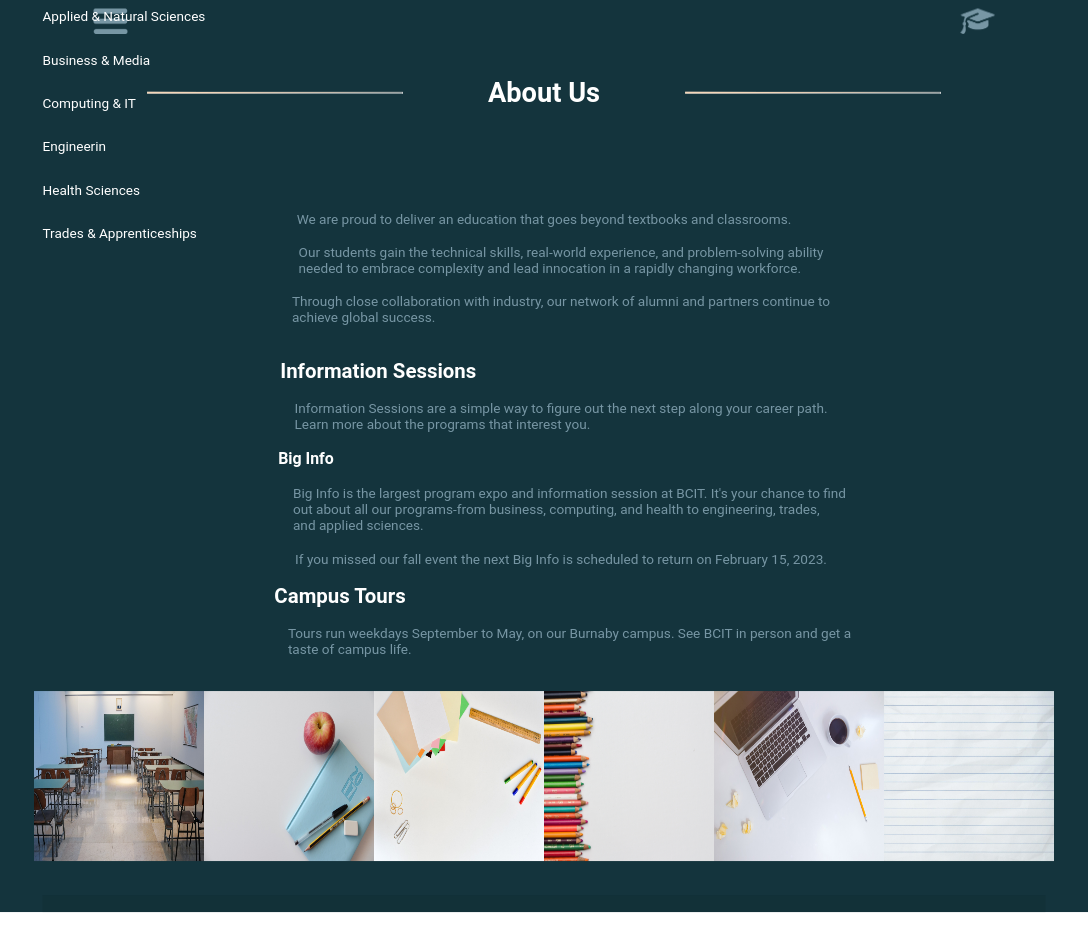
Repository: Sheraliramzan/Aly_A01253508_Assignment1
Page: /about
An editor plug-in stored every save of this project. The page is shown before and after the next save, followed by the edit.
The browser window is 1280 px wide. The pictures show the whole page, at 85% of full size.
The project was rebuilt for these pictures with package versions that can differ from the ones it lists, and the page was loaded fresh each time. The framework's server and built-in components were replaced by stand-ins that run in the browser. Also part of the build but not shown: next.config.js.

Above is the page before, as saved 2023-02-05 10:04:10.

After the next save:
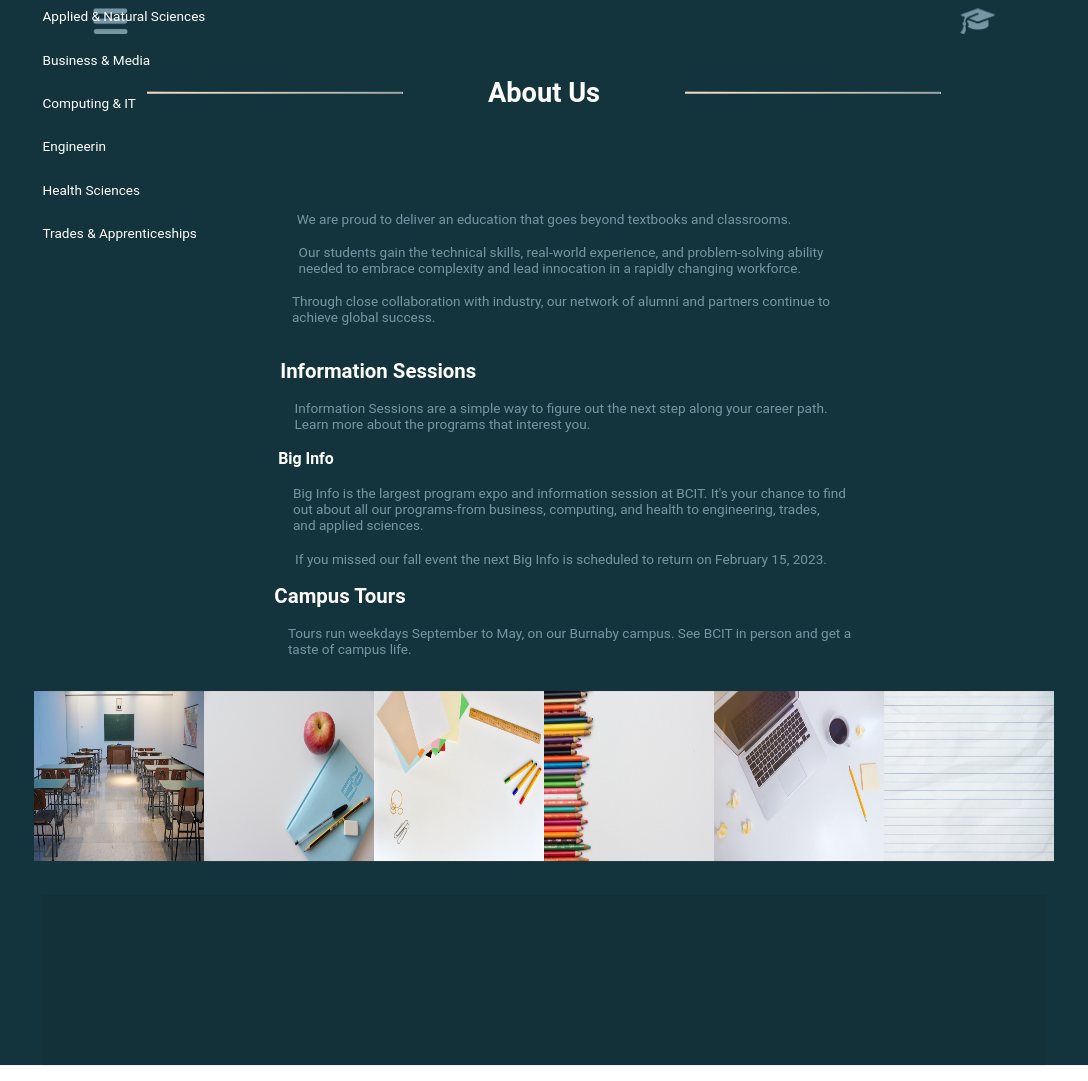
Saved 7 s later.
--- a/styles/globals.css
+++ b/styles/globals.css
@@ -214,6 +214,6 @@
 }
 #testOnImageHere{
   background-color: rgba(16, 46, 53, 0.5);
-  padding: 10px;
+  padding: 100px;
   margin: 0px 50px;
 }

After the 2 saves that followed:
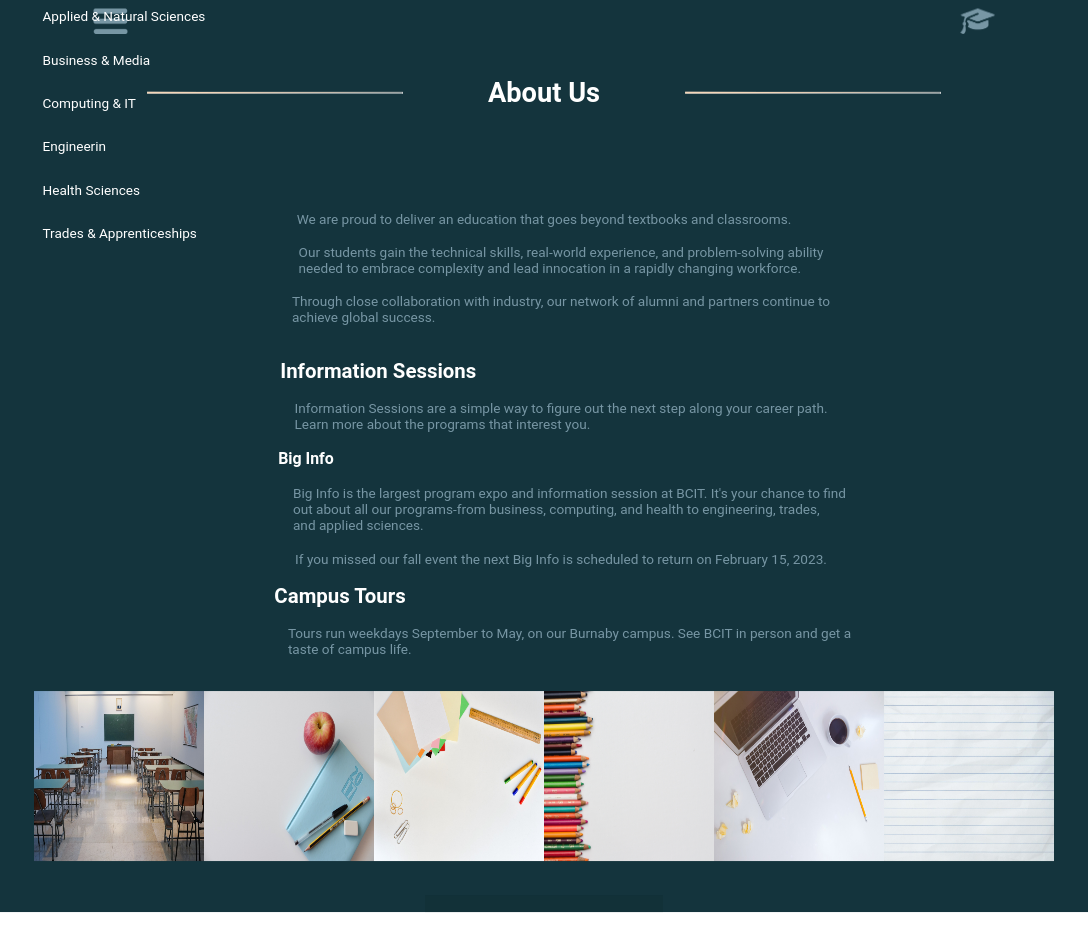
The 2 saves are shown as one change because they came seconds apart.
The last was saved 6 s later.
--- a/styles/globals.css
+++ b/styles/globals.css
@@ -214,6 +214,6 @@
 }
 #testOnImageHere{
   background-color: rgba(16, 46, 53, 0.5);
-  padding: 100px;
-  margin: 0px 50px;
-}
+  padding: 10px;
+  margin: 0px 500px;
+}
